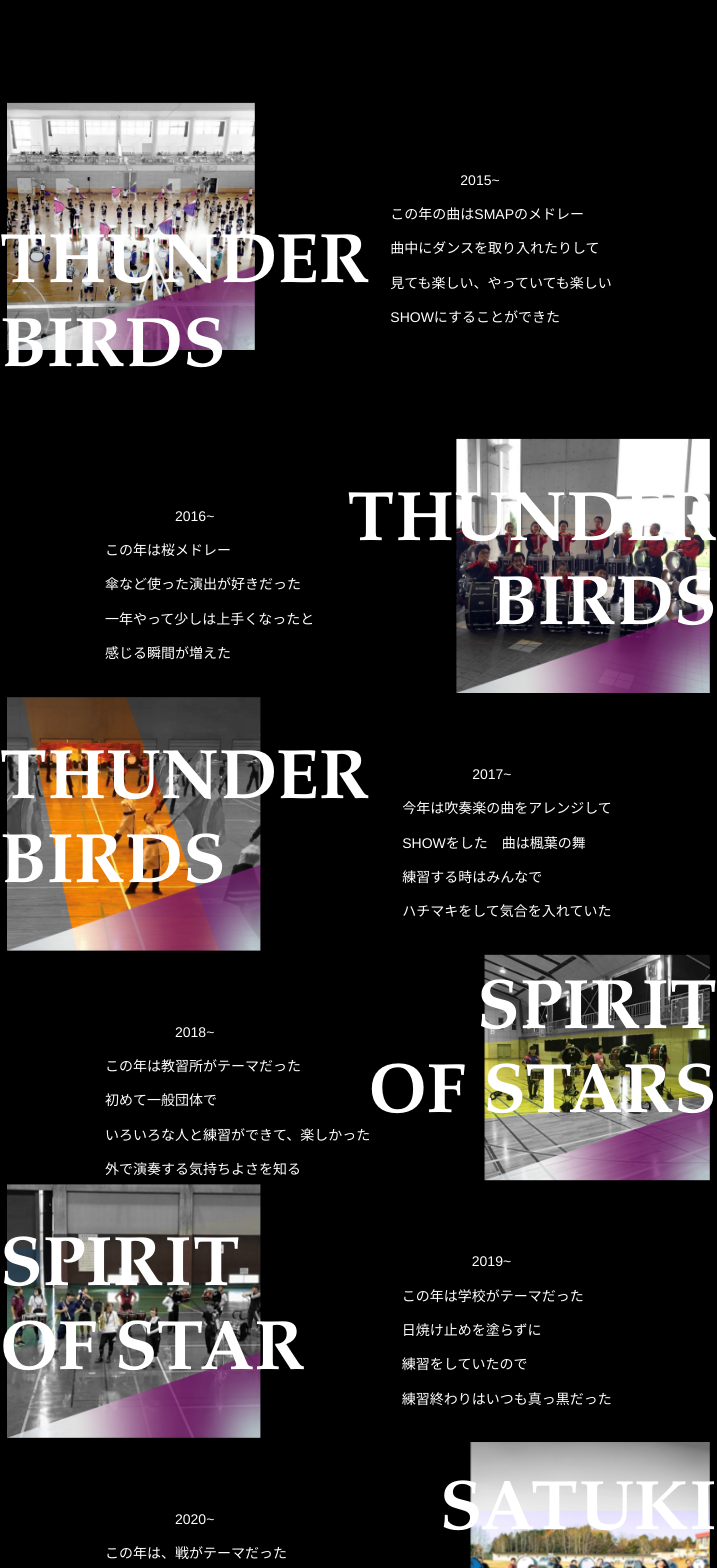
Repository: yutosoma/profile
Page: yuto/marching.html
The author's editor kept a record of every edit. The page is drawn from the files as they stood at one moment, then again after the next edit.
The browser window is 1024 px wide. The pictures show the part of the page from y = 590 to 2830 px (the page is 3059 px tall before and 2649 px after), at 70% of full size.

Above is the page before.

### yuto/marching.html
<!DOCTYPE html>
<html lang="en">
<head>
    <meta charset="UTF-8">
    <link rel="stylesheet" href="marching.css">
    <meta name="viewport" content="width=device-width, initial-scale=1.0">
    <meta http-equiv="X-UA-Compatible" content="ie=edge">
    <title>マーチング</title>
</head>

<body>
    <h1>MARCHING HISTORY</h1>
    <div class ="top-container-left">
         <P id="fadein1" class="fadein-before"><img src="image/mar1.png" class= "mar1"></P>
         <div class="explanation-left">
           <p>　　　　　2015~</p>
           <p>この年の曲はSMAPのメドレー</p>
           <P>曲中にダンスを取り入れたりして</P>
           <P>見ても楽しい、やっていても楽しい</P>
           <p>SHOWにすることができた</p>

         </div>
   </div>
   <button id="scroll-to-top-btn">≫</button>
   <h3 class="left">THUNDER<span class="br"></span> BIRDS</h3>
    <div class ="top-container-right">
         <div class="explanation-right">
          <P>　　　　　2016~</P>
          <P>この年は桜メドレー</P>
          <P>傘など使った演出が好きだった</P>
          <P>一年やって少しは上手くなったと</P>
          <p>感じる瞬間が増えた</p>
         </div>
         <P id="fadein2" class="fadein-before"><img src="image/mar2.png" class= "mar2"></P>
   </div>
   <h3 class="right">THUNDER<span class="br"></span> BIRDS</h3>
    <div class ="top-container-left">
         <P id="fadein3" class="fadein-before"><img src="image/mar3.png" class= "mar3"></P>
         <div class="explanation-left">
           <P>　　　　　2017~</P>
           <P>今年は吹奏楽の曲をアレンジして</P>
           <P>SHOWをした　曲は楓葉の舞</P>
           <P>練習する時はみんなで</P>
           <P>ハチマキをして気合を入れていた</P>
         </div>
   </div>
   <h3 class="left">THUNDER<span class="br"></span> BIRDS</h3>
    <div class ="top-container-right">
         <div class="explanation-right">
          <P>　　　　　2018~</P>
          <P>この年は教習所がテーマだった</P>
          <P>初めて一般団体で</P>
          <P>いろいろな人と練習ができて、楽しかった</P>
          <p>外で演奏する気持ちよさを知る</p>
         </div>
         <P id="fadein4" class="fadein-before"><img src="image/mar4.png" class= "mar4"></P>
    </div>
   <h3 class="right">SPIRIT<span class="br"></span>OF STARS</h3>

    <div class ="top-container-left">
         <P id="fadein5" class="fadein-before"><img src="image/mar5.png" class= "mar5"></P>
         <div class="explanation-left">
           <P>　　　　　2019~</P>
           <P>この年は学校がテーマだった</P>
           <P>日焼け止めを塗らずに</P>
           <P>練習をしていたので</P>
           <P>練習終わりはいつも真っ黒だった</P>
         </div>
   </div>
   <h3 class="left">SPIRIT<span class="br"></span> OF STAR</h3>
   <div class ="top-container-right">
         <div class="explanation-right">
          <P>　　　　　2020~</P>
          <P>この年は、戦がテーマだった</P>
          <P>栃木県まで練習しにいく</P>
          <P>初めて全国大会に出場することできて</P>
          <p>続けてよかったなと思った。</p>
         </div>
         <P id="fadein6" class="fadein-before"><img src="image/mar6.png" class= "mar6"></P>
    </div>
    <h3 class="right">SATUKI<span class="br"></span>　DREAMERS</h3>

    <script src="marching.js"></script>

   <footer>
        <small>ⓒ2022 yuto<small>
    </footer>

</body>
</html>

### yuto/marching.css
body{
 margin:0;
 background-color: black;
 font-family: 'Avenir','Helvetica Neue','Helvetica','Arial','Hiragino Sans','ヒラギノ角ゴシック',YuGothic,'Yu Gothic','メイリオ', Meiryo,'ＭＳ Ｐゴシック','MS PGothic'
}
.top-container-right {
display: flex;
margin-bottom: 200px;
text-align: right;
}
.top-container-left {
display: flex;
margin-bottom: 200px;
}
.mar1, .mar2, .mar3, .mar4, .mar5, .mar6 {
  padding: 10px;
  width: 50%;
}
.fadein-before{
    opacity: 0;
    transform:translateX(-50px);
    transition:opacity 1s,transform 1s;
}
.fadein-after{
    opacity: 1;
    transform: translate(0);
}
h1 {
    color: white;
    font-size: 190px;
    text-align: center;
    animation: blink-fast .3s linear infinite;
    font-family:"Book Antiqua";
    margin-bottom: 250px;
}
@keyframes blink-fast {
  0% {
    opacity: 0;
  }
  10% {
    opacity: 1;
  }
}


h3 {
  position: relative;
  bottom: 400px;
  font-size: 130px;
  text-align: center;
  margin-bottom: -420px;
  color: white;
  font-family:"Book Antiqua";
}
.explanation-left {
    color: white;
    position: relative;
    right:150px;
    top:100px;
    font-size: 20px;
    white-space: nowrap;

}
.explanation-right {
    color: white;
    position: relative;
    left:150px;
    top:100px;
    margin-bottom: 100px;
    font-size: 20px;
    white-space: nowrap;
    text-align: left;
}
footer {
    margin-top: 30px;
    background-color:#652a60;
    font-color: black;
    font-size: 20px;
    text-align: center;
}


@media screen and (max-width: 1327px) {
  h1 {
    color: white;
    font-size: 150px;
    text-align: center;
    animation: blink-fast .3s linear infinite;
    font-family:"Book Antiqua";
    margin-bottom: 250px;
}
  .left {
  position: relative;
  bottom: 530px;
  font-size: 100px;
  text-align: left;
  margin-bottom: -490px;
  color: white;
  font-family:"Book Antiqua";
}
.right {
  position: relative;
  bottom: 530px;
  font-size: 100px;
  text-align: right;
  margin-bottom: -490px;
  color: white;
  font-family:"Book Antiqua";
}
.br::after {
    content: "\A";
    white-space: pre;
}
}

### yuto/marching.js
const FADEIN_ELEM1 = document.getElementById('fadein1');

window.addEventListener('scroll', () => {
    const FADEIN_ELEM_TOP = FADEIN_ELEM1.getBoundingClientRect().top;
    const WINDOW_HEIGHT = window.innerHeight;
    if (WINDOW_HEIGHT > (FADEIN_ELEM_TOP + 200)) {
        FADEIN_ELEM1.classList.add('fadein-after');
    }else{
        FADEIN_ELEM1.classList.remove('fadein-after');
    }
});
/*---------------------------------------------------------*/
const FADEIN_ELEM2 = document.getElementById('fadein2');

window.addEventListener('scroll', () => {
    const FADEIN_ELEM_TOP = FADEIN_ELEM2.getBoundingClientRect().top;
    const WINDOW_HEIGHT = window.innerHeight;
    if (WINDOW_HEIGHT > (FADEIN_ELEM_TOP + 200)) {
        FADEIN_ELEM2.classList.add('fadein-after');
    }else{
        FADEIN_ELEM2.classList.remove('fadein-after');
    }
});
/*---------------------------------------------------------*/
const FADEIN_ELEM3 = document.getElementById('fadein3');

window.addEventListener('scroll', () => {
    const FADEIN_ELEM_TOP = FADEIN_ELEM3.getBoundingClientRect().top;
    const WINDOW_HEIGHT = window.innerHeight;
    if (WINDOW_HEIGHT > (FADEIN_ELEM_TOP + 200)) {
        FADEIN_ELEM3.classList.add('fadein-after');
    }else{
        FADEIN_ELEM3.classList.remove('fadein-after');
    }
});
/*---------------------------------------------------------*/
const FADEIN_ELEM4 = document.getElementById('fadein4');

window.addEventListener('scroll', () => {
    const FADEIN_ELEM_TOP = FADEIN_ELEM4.getBoundingClientRect().top;
    const WINDOW_HEIGHT = window.innerHeight;
    if (WINDOW_HEIGHT > (FADEIN_ELEM_TOP + 200)) {
        FADEIN_ELEM4.classList.add('fadein-after');
    }else{
        FADEIN_ELEM4.classList.remove('fadein-after');
    }
});
/*---------------------------------------------------------*/
const FADEIN_ELEM5 = document.getElementById('fadein5');

window.addEventListener('scroll', () => {
    const FADEIN_ELEM_TOP = FADEIN_ELEM5.getBoundingClientRect().top;
    const WINDOW_HEIGHT = window.innerHeight;
    if (WINDOW_HEIGHT > (FADEIN_ELEM_TOP + 200)) {
        FADEIN_ELEM5.classList.add('fadein-after');
    }else{
        FADEIN_ELEM5.classList.remove('fadein-after');
    }
});
/*---------------------------------------------------------*/
const FADEIN_ELEM6 = document.getElementById('fadein6');

window.addEventListener('scroll', () => {
    const FADEIN_ELEM_TOP = FADEIN_ELEM6.getBoundingClientRect().top;
    const WINDOW_HEIGHT = window.innerHeight;
    if (WINDOW_HEIGHT > (FADEIN_ELEM_TOP + 200)) {
        FADEIN_ELEM6.classList.add('fadein-after');
    }else{
        FADEIN_ELEM6.classList.remove('fadein-after');
    }
});
/*---------------------------------------------------------*/
const scroll_to_top_btn = document.querySelector('#scroll-to-top-btn');
scroll_to_top_btn.addEventListener( 'click' , scroll_to_top );

function scroll_to_top(){
	window.scroll({top: 0, behavior: 'smooth'});
};

window.addEventListener( 'scroll' , scroll_event );

function scroll_event(){

	if(window.pageYOffset > 400){
		scroll_to_top_btn.style.opacity = '1';
	}else	if(window.pageYOffset < 400){
		scroll_to_top_btn.style.opacity = '0';
	}

};

After the next edit:
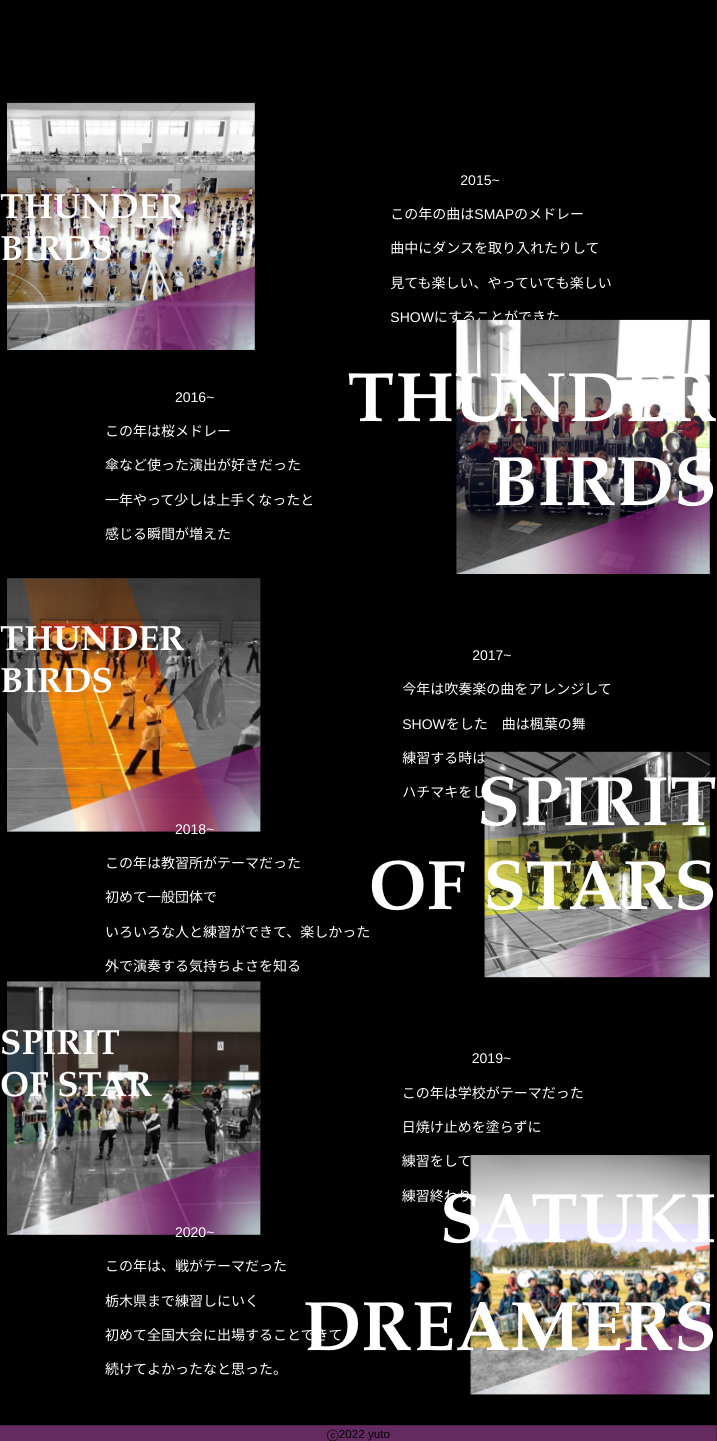
The edit:
--- a/yuto/marching.css
+++ b/yuto/marching.css
@@ -112,3 +112,14 @@
     white-space: pre;
 }
 }
+@media screen and (max-width: 1090px) {
+  .left {
+  position: relative;
+  bottom: 530px;
+  font-size: 50px;
+  text-align: left;
+  margin-bottom: -490px;
+  color: white;
+  font-family:"Book Antiqua";
+}
+}

After the 3 edits that followed:
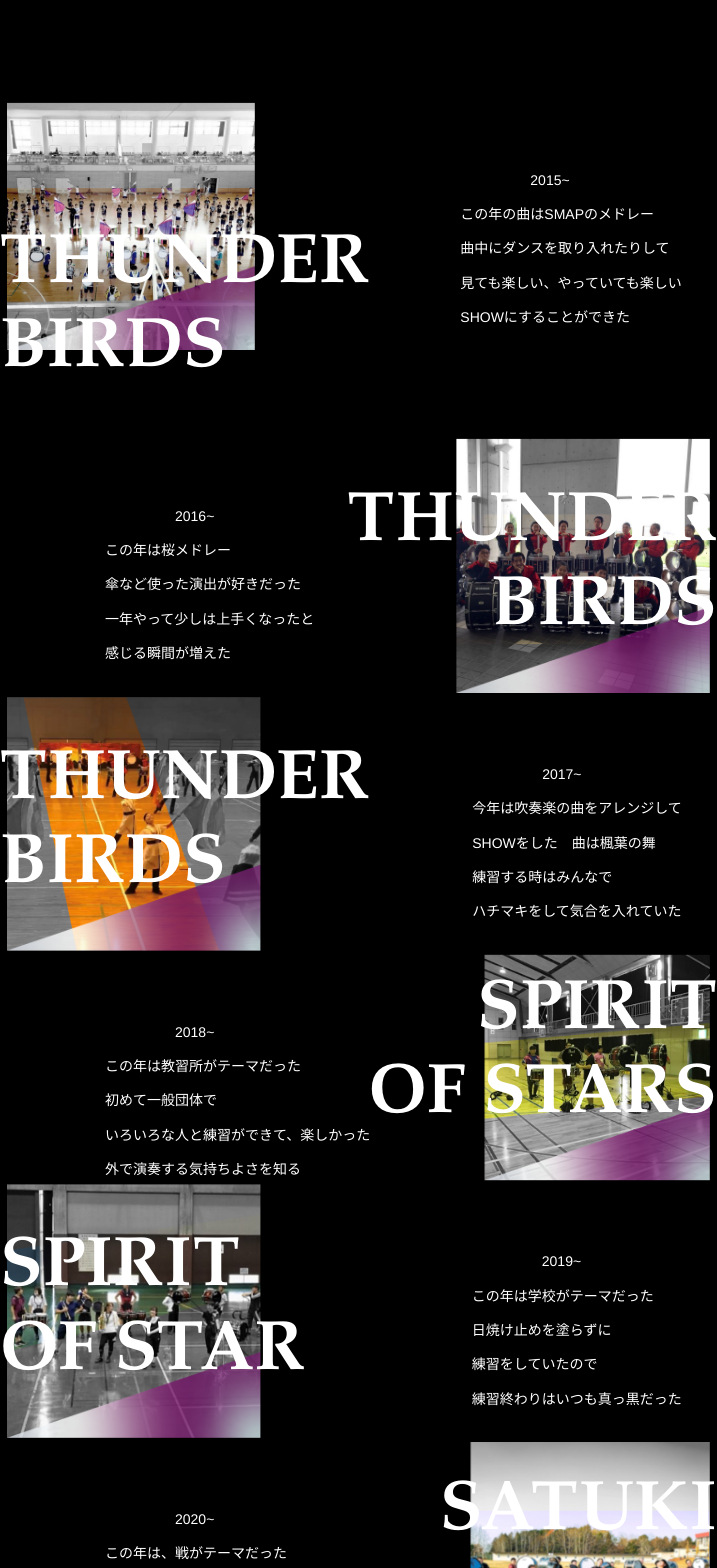
The 3 edits are shown as one change because 2 left the picture as it was.
The edit:
--- a/yuto/marching.css
+++ b/yuto/marching.css
@@ -48,7 +48,7 @@
   bottom: 400px;
   font-size: 130px;
   text-align: center;
-  margin-bottom: -420px;
+  margin-bottom: -200px;
   color: white;
   font-family:"Book Antiqua";
 }
@@ -113,13 +113,14 @@
 }
 }
 @media screen and (max-width: 1090px) {
-  .left {
-  position: relative;
-  bottom: 530px;
-  font-size: 50px;
-  text-align: left;
-  margin-bottom: -490px;
-  color: white;
-  font-family:"Book Antiqua";
+ .explanation-left {
+    color: white;
+    position: relative;
+    right:50px;
+    top:100px;
+    font-size: 20px;
+    white-space: nowrap;
+
 }
+
 }
